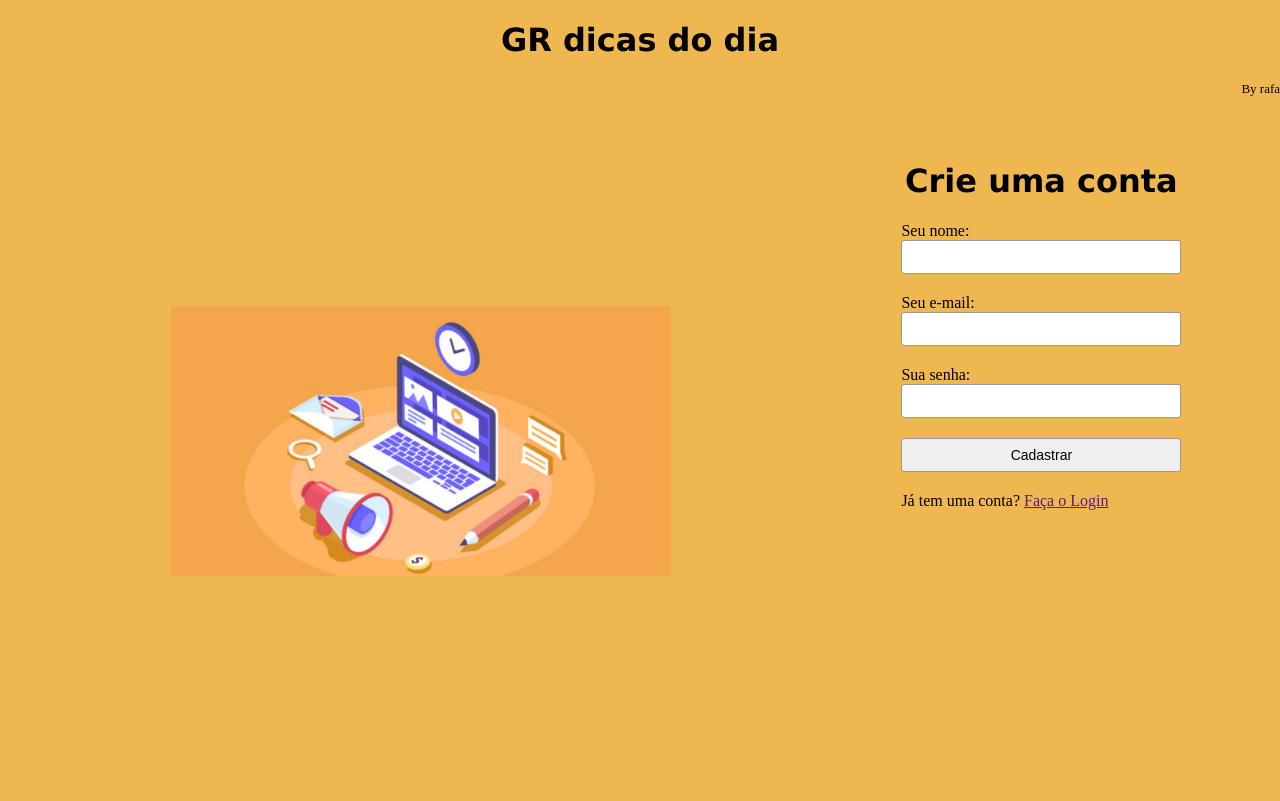
Repository: rafavirginio/tela-de-login
Page: index.html
An editor plug-in stored every save of this project. The page is shown before and after the next save, followed by the edit.
The browser window is 1280 px wide. The pictures show the whole page.

Above is the page before, as saved 2020-09-17 15:23:32.

### index.html
<!DOCTYPE html>
<html lang="en">

<head>
    <meta charset="UTF-8">
    <meta name="viewport" content="width=device-width, initial-scale=1.0">
    <title> Validador de Formulário </title>
    <link rel="stylesheet" href="style.css" />
    <h1>GR dicas do dia</h1>

</head>

<body>


    <div class="screen">
        <div class="leftside">
            <img src="imgGR.png" alt ""/>

        </div>
        <div class="rightside">
            <h1>Crie uma conta</h1>

            <form method="POST" action="cadastro.php" class="grValidator">


                <label>
                Seu nome: <br/>
                <input type="text" name="name" data-rules="required|min=2" />
            </label>
                <label>
                Seu e-mail: <br/>
                <input type="text" name="email" data-rules="required|email" />
            </label>
                <label>
                Sua senha: <br/>
                <input type="password" name="password"data-rules="required|min=4" />
                </label>
                <label>
                <input type="submit" value="Cadastrar" />
                </label>
            </form>
            <div>
                Já tem uma conta? <a href=""> Faça o Login</a>
            </div>
        </div>
        <span>By rafa</span>

        <script src="script.js"></script>
</body>

</html>

### style.css
* {
    box-sizing: border-box;
}

h1 {
    font-family: 'Lucida Sans', 'Lucida Sans Regular', 'Lucida Grande', 'Lucida Sans Unicode', Geneva, Verdana, sans-serif;
    display: flex;
    justify-content: center;
}

body {
    background-color: rgb(238, 183, 80);
    margin: 0;
}

.screen {
    display: flex;
    height: 100vh;
    flex-wrap: wrap;
}

.leftside {
    flex: 1;
    display: flex;
    justify-content: center;
    align-items: center;
}

.leftside img {
    max-width: 500px;
    height: auto;
}

.rightside {
    width: 400px;
    background-color: rgb(238, 183, 80);
    padding: 60px;
}

span {
    font-size: 13px;
    justify-content: right, end;
}

.rightside label {
    display: block;
    margin-bottom: 20px;
}

.rightside input {
    width: 100%;
    border: 1px solid #999;
    border-radius: 3px;
    padding: 8px;
    font-size: 14px;
    outline: 0;
}

.error {
    font-size: 11px;
    background-color: orangered;
    color: #FFF;
    padding: 4px;
    border-radius: 5px;
}

### script.js
let grValidator = {
    handleSubmit: (event) => {
        event.preventDefault();
        let send = true;

        let inputs = form.querySelectorAll('input');

        grValidator.clearErrors();

        for (let i = 0; i < inputs.length; i++) {
            let input = inputs[i];
            let check = grValidator.checkInput(input);
            if (check !== true) {
                send = false;
                grValidator.showError(input, check);
            }
        }

        if (send) {
            form.submit();
        }
    },
    checkInput: (input) => {
        let rules = input.getAttribute('data-rules');

        if (rules !== null) {
            rules = rules.split('|');
            for (let k in rules) {
                let rDetails = rules[k].split('=');
                switch (rDetails[0]) {
                    case 'required':
                        if (input.value == '') {
                            return 'Este campo é obrigatório.';
                        }
                        break;
                    case 'min':
                        if (input.value.length < rDetails[1]) {
                            return 'Campo deve conter pelo menos ' + rDetails[1] + ' caracteres';
                        }
                        break;
                    case 'email':
                        if (input.value != '') {
                            //validação email
                            let regex = /^(([^<>()\[\]\\.,;:\s@"]+(\.[^<>()\[\]\\.,;:\s@"]+)*)|(".+"))@((\[[0-9]{1,3}\.[0-9]{1,3}\.[0-9]{1,3}\.[0-9]{1,3}])|(([a-zA-Z\-0-9]+\.)+[a-zA-Z]{2,}))$/;
                            if (!regex.test(input.value.toLowerCase())) {
                                return 'E-mail digitado não é válido!';
                            }

                        }
                        break;
                }
            }
        }

        return true;
    },

    showError: (input, error) => {
        input.style.borderColor = '#FF0000';

        let errorElement = document.createElement('div');
        errorElement.classList.add('error');
        errorElement.innerHTML = error;

        input.parentElement.insertBefore(errorElement, input.ElementSibling)
    },
    clearErrors: () => {
        let inputs = form.querySelectorAll('input');
        for (let i = 0; i < inputs.length; i++) {
            inputs[i].style = '';
        }
        let errorElements = document.querySelectorAll('.error');
        for (let i = 0; i < errorElements.length; i++) {
            errorElements[i].remove();

        }
    }
};
let form = document.querySelector('.grValidator');
form.addEventListener('submit', grValidator.handleSubmit);

After the next save:
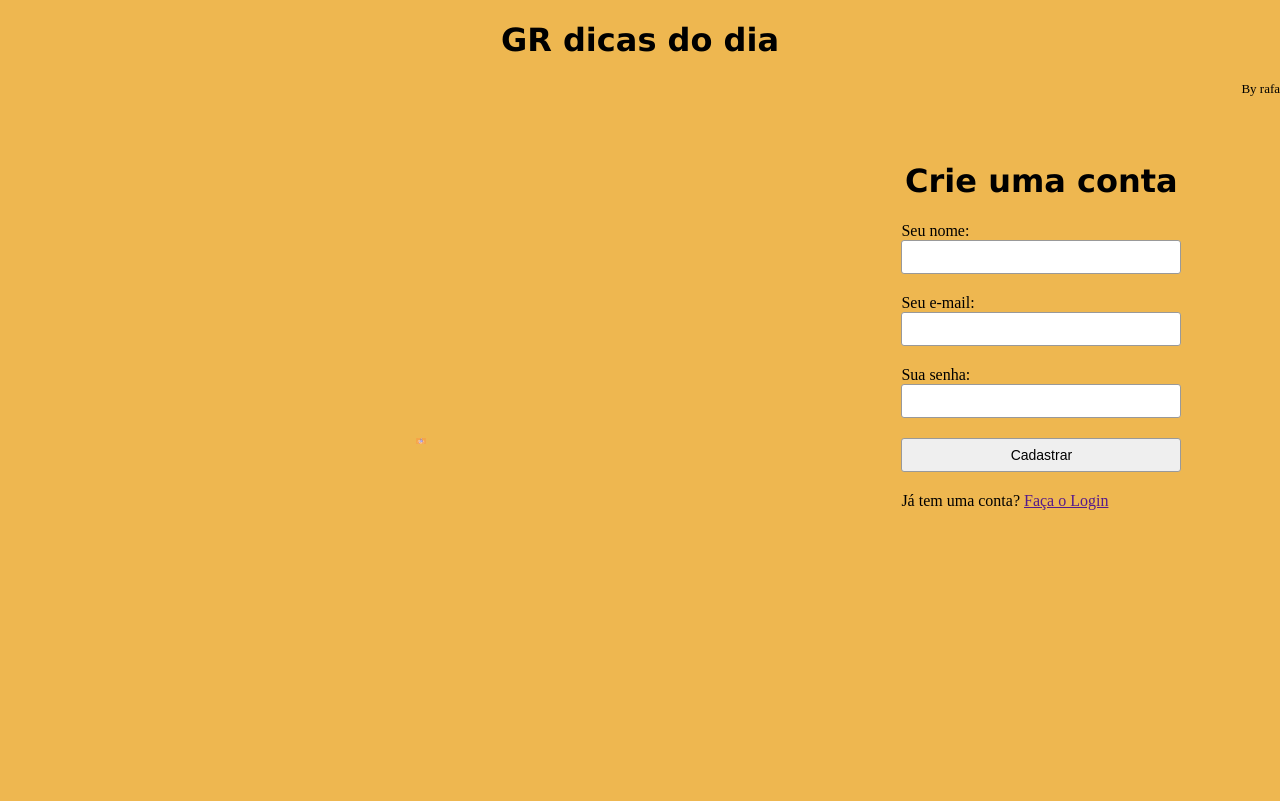
Saved 7 s later.
--- a/style.css
+++ b/style.css
@@ -27,7 +27,7 @@
 }
 
 .leftside img {
-    max-width: 500px;
+    max-width: 10px;
     height: auto;
 }
 
